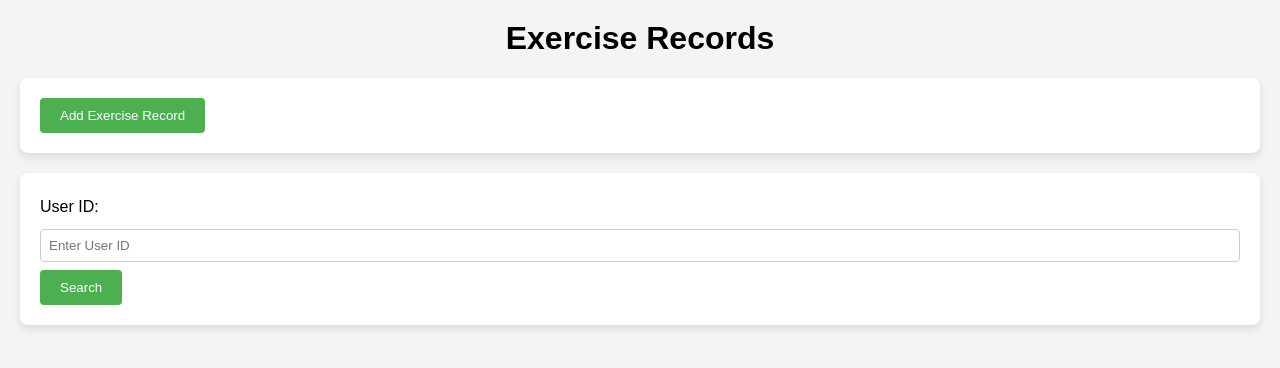
Repository: zilxhasu/eeit94-topic2
Page: http://localhost/topic2/jsp/fitness/index.jsp
An editor plug-in stored every save of this project. The page is shown before and after the next save, followed by the edit.
The browser window is 1280 px wide. The pictures show the whole page.
The page is served by Tomcat 10. Other server files are loaded and not shown.

Above is the page before, as saved 2025-02-23 15:12:12.

### topic2/src/main/webapp/jsp/fitness/index.jsp
<%@ page language="java" contentType="text/html; charset=UTF-8" pageEncoding="UTF-8"%>
<%@ taglib prefix="c" uri="http://java.sun.com/jsp/jstl/core" %>
<%@ taglib prefix="fn" uri="http://java.sun.com/jsp/jstl/functions" %>

<!DOCTYPE html>
<html lang="en">
<head>
    <meta charset="UTF-8">
    <meta name="viewport" content="width=device-width, initial-scale=1.0">
    <title>Exercise Records</title>
    <style>
        /* 樣式設置，可根據需要自行修改 */
        body {
            font-family: Arial, sans-serif;
            background-color: #f4f4f4;
            margin: 0;
            padding: 0;
        }

        h1 {
            text-align: center;
            margin-top: 20px;
        }

        form {
            margin: 20px;
            background-color: #fff;
            padding: 20px;
            border-radius: 8px;
            box-shadow: 0 4px 8px rgba(0, 0, 0, 0.1);
        }

        label {
            display: block;
            margin: 5px 0;
        }

        input, select {
            width: 100%;
            padding: 8px;
            margin: 8px 0;
            box-sizing: border-box;
            border-radius: 4px;
            border: 1px solid #ccc;
        }

        button {
            padding: 10px 20px;
            background-color: #4CAF50;
            color: white;
            border: none;
            border-radius: 4px;
            cursor: pointer;
        }

        button:hover {
            background-color: #45a086;
        }
    </style>
</head>
<body>
    <h1>Exercise Records</h1>

    <!-- 新增運動紀錄的按鈕 -->
    <form action=../../jsp/fitness/addExerciseRecord.jsp method="get">
        <button type="submit">Add Exercise Record</button>
    </form>

    <!-- 查詢運動紀錄 -->
    <form action=../../api/fitness/progress method="get">
        <label for="userId">User ID:</label>
        <input type="number" name="userId" required placeholder="Enter User ID">
        <button type="submit">Search</button>
    </form>
</body>
</html>

After the next save:
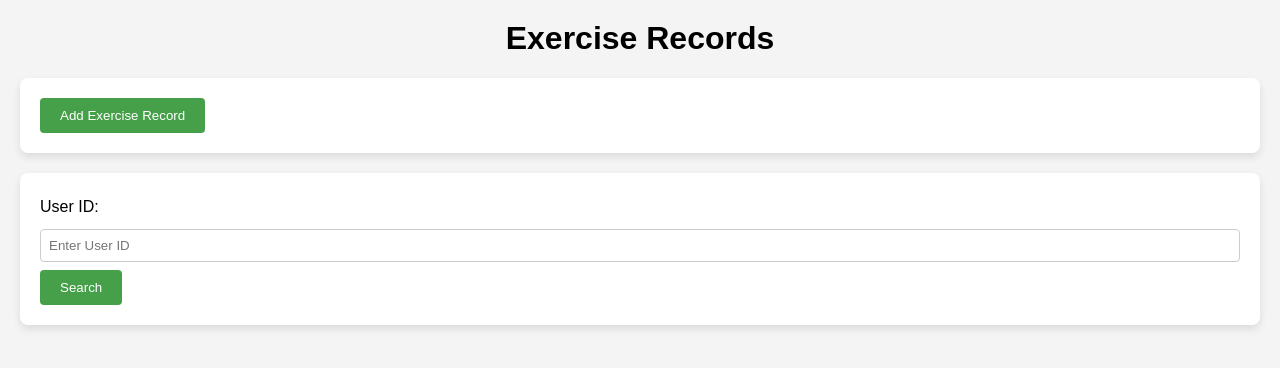
Saved 22 s later.
--- a/topic2/src/main/webapp/jsp/fitness/index.jsp
+++ b/topic2/src/main/webapp/jsp/fitness/index.jsp
@@ -46,7 +46,7 @@
 
         button {
             padding: 10px 20px;
-            background-color: #4CAF50;
+            background-color: #45a049;
             color: white;
             border: none;
             border-radius: 4px;
